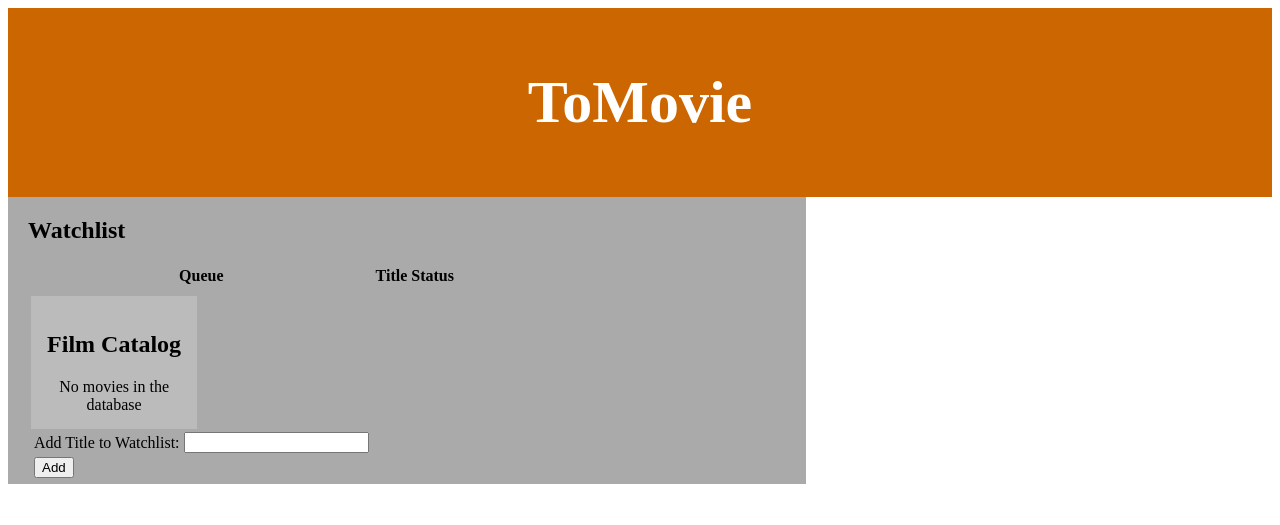
Repository: dannie-su-sjsu/CS157A-team6
Page: http://localhost/ToMovie/movie.jsp
An editor plug-in stored every save of this project. The page is shown before and after the next save, followed by the edit.
The browser window is 1280 px wide. The pictures show the whole page.
The page is served by Tomcat 9. Other server files are loaded and not shown. Queries for data that is not in the repository find no rows.

Above is the page before, as saved 2023-07-16 04:59:33.

### ToMovie/src/main/webapp/movie.jsp
<%@ page language="java" contentType="text/html; \charset=UTF-8"
	pageEncoding="UTF-8"%>
<%@ page import="java.sql.*"%>
<!DOCTYPE html>
<html>
<head>
<meta charset="UTF-8">
<style><%@include file="/WEB-INF/css/style.css"%>
</style>
<title>MovieList</title>
</head>
	<header>
		<h1>ToMovie</h1>
	</header>
	<%//*** CONNECTING TO DATABASE ***///
	Class.forName("com.mysql.cj.jdbc.Driver");
	Connection con = DriverManager.getConnection("jdbc:mysql://localhost:3306/cs157aprojectteam6", "root", "Halo4mlg!");
	%>
<body>

	<div class="column left" style="background-color: #aaa;">
		<h2>Watchlist</h2>
		<%//*** DISPLAYING WATCHLIST ***///
		try {
			PreparedStatement displayW = con.prepareStatement("SELECT * FROM cs157aprojectteam6.WatchList");
			ResultSet showDisplayW = displayW.executeQuery();
			%>
		<table>
		<tr><th>Queue</th><th>Title</th><th>Status</th></tr><%
			do {%>
			<tr><td><%=showDisplayW.getString(1)%></td>
				<td><%=showDisplayW.getString(2)%></td>
				<td><%=showDisplayW.getString(3)%></td>
			</tr><%
			} while (showDisplayW.next());%>
		</table><%
		} catch (Exception e) {
			e.getStackTrace();}%>
	</div>

		<div class="column right" style="background-color: #bbb;">
			<h2>Film Catalog</h2>
			<%
			//*** DISPLAYING MOVIE TABLE ***///
			try {
				PreparedStatement display = con.prepareStatement("SELECT * FROM cs157aprojectteam6.Movie");
				ResultSet showDisplay = display.executeQuery();
				if (showDisplay.next() == false) {
					out.println("No movies in the database");
				} else {
			%>
			<div class="table_mod1">
				<table>
					<tr>
						<th>ID</th>
						<th>Title</th>
						<th>Year Released</th>
					</tr>
					<%
					do {
					%>
					<tr>
						<td><%=showDisplay.getString(1)%></td>
						<td><%=showDisplay.getString(2)%></td>
						<td><%=showDisplay.getString(3)%></td>
					</tr>
					<%
					} while (showDisplay.next());
					%>
				</table>
			</div>
			<%
			}
			} catch (Exception e) {
			e.getStackTrace();
			}
			%>
		</div>
		<%//*** ADDING FILMS ***///%>
		<form action="MovieServlet" method="post">
			<br>
			<table>
				<tr>
					<td>Add Title to Watchlist:</td>
					<td><input type=text name=title></td>
				</tr>
				<tr>
					<td><input type=submit value=Add></td>
				</tr>
			</table>
		</form>
</body>
</html>

### ToMovie/src/main/webapp/WEB-INF/css/style.css
@charset "UTF-8";
.button-container1{
	background-color: #C60;
	padding: 15px 32px;
  	text-align: center;
  	font-size: 36px;
  	font-family: Jockey One;
  	margin-right:100px;
  	box-shadow: 0 12px 16px 0 rgba(0,0,0,0.24), 0 17px 50px 0 rgba(0,0,0,0.19);

}
.button-container2{
	background-color: #C60;
	padding: 15px 32px;
  	color: #1E1E1E;
  	text-align: center;
  	font-size: 36px;
  	font-family: Jockey One;
  	margin-left:100px;
  	box-shadow: 0 12px 16px 0 rgba(0,0,0,0.24), 0 17px 50px 0 rgba(0,0,0,0.19);

}
.button-flex{
	display:flex;
	display: inline-block;
}
.table_mod1{
  border: 1px solid black;
  border-collapse: collapse;
}
.column {
  float: left;
  padding: 10px;
}
.left {
  float: left;
  width: 60%;
  padding: 0 20px;
}
.right {
  background-color: #e5e5e5;
  float: left;
  width: 40%;
  padding: 15px;
  margin-top: 7px;
  text-align: center;
}

header {
  background-color: #C60;
  padding: 20px;
  text-align: center;
  font-size: 30px;
  color: white;
}
section {
  display: -webkit-flex;
  display: flex;
}

After the next save:
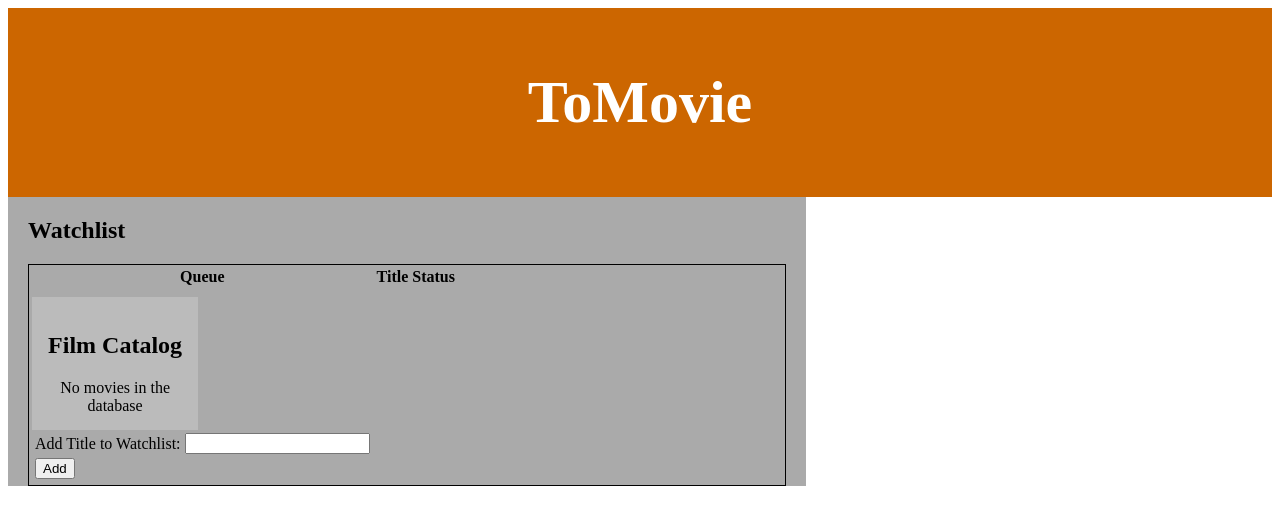
Saved 6 min 9 s later.
--- a/ToMovie/src/main/webapp/movie.jsp
+++ b/ToMovie/src/main/webapp/movie.jsp
@@ -25,6 +25,7 @@
 			PreparedStatement displayW = con.prepareStatement("SELECT * FROM cs157aprojectteam6.WatchList");
 			ResultSet showDisplayW = displayW.executeQuery();
 			%>
+		<div class="table_mod1">
 		<table>
 		<tr><th>Queue</th><th>Title</th><th>Status</th></tr><%
 			do {%>
@@ -33,48 +34,36 @@
 				<td><%=showDisplayW.getString(3)%></td>
 			</tr><%
 			} while (showDisplayW.next());%>
-		</table><%
-		} catch (Exception e) {
+		</table>
+		</div><%
+		}catch (Exception e) {
 			e.getStackTrace();}%>
 	</div>
 
-		<div class="column right" style="background-color: #bbb;">
-			<h2>Film Catalog</h2>
-			<%
-			//*** DISPLAYING MOVIE TABLE ***///
-			try {
-				PreparedStatement display = con.prepareStatement("SELECT * FROM cs157aprojectteam6.Movie");
-				ResultSet showDisplay = display.executeQuery();
-				if (showDisplay.next() == false) {
-					out.println("No movies in the database");
-				} else {
-			%>
+	<div class="column right" style="background-color: #bbb;">
+		<h2>Film Catalog</h2>
+		<%//*** DISPLAYING MOVIE TABLE ***///
+		try {
+			PreparedStatement display = con.prepareStatement("SELECT * FROM cs157aprojectteam6.Movie");
+			ResultSet showDisplay = display.executeQuery();
+			if (showDisplay.next() == false) {
+				out.println("No movies in the database");
+			}
+			else {%>
 			<div class="table_mod1">
-				<table>
-					<tr>
-						<th>ID</th>
-						<th>Title</th>
-						<th>Year Released</th>
-					</tr>
-					<%
-					do {
-					%>
-					<tr>
-						<td><%=showDisplay.getString(1)%></td>
-						<td><%=showDisplay.getString(2)%></td>
-						<td><%=showDisplay.getString(3)%></td>
-					</tr>
-					<%
-					} while (showDisplay.next());
-					%>
-				</table>
-			</div>
-			<%
+			<table>
+				<tr><th>ID</th><th>Title</th><th>Year Released</th></tr><%
+				do {%>
+				<tr><td><%=showDisplay.getString(1)%></td>
+					<td><%=showDisplay.getString(2)%></td>
+					<td><%=showDisplay.getString(3)%></td>
+				</tr><%
+				} while (showDisplay.next());%>
+			</table>
+			</div><%
 			}
-			} catch (Exception e) {
-			e.getStackTrace();
-			}
-			%>
+		}catch (Exception e) {
+			e.getStackTrace();}%>
 		</div>
 		<%//*** ADDING FILMS ***///%>
 		<form action="MovieServlet" method="post">
